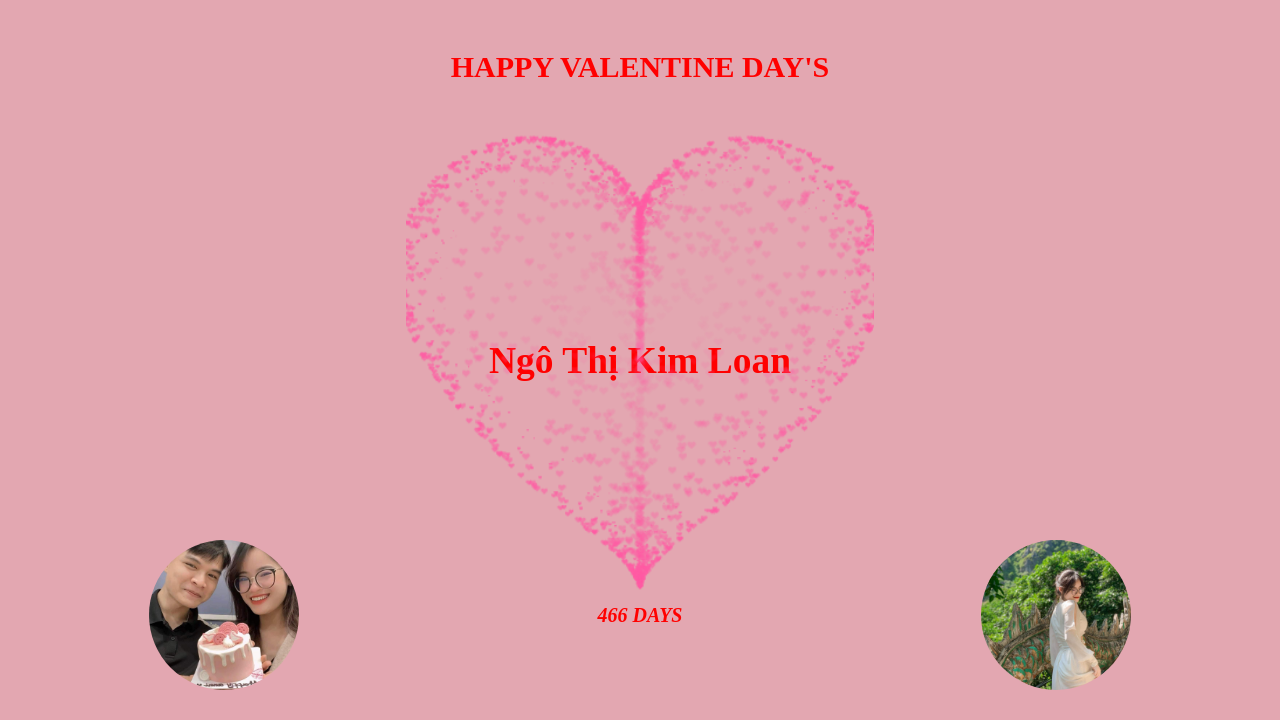
Repository: congbnvn0709/happy-valentine
Page: index.html
These files come from the project's save history. The page is drawn as it stood at one moment and after the next save; the edit follows.
The browser window is 1280 px wide. The pictures show the whole page.

Above is the page before, as saved 2023-01-30 23:38:08.

After the next save:
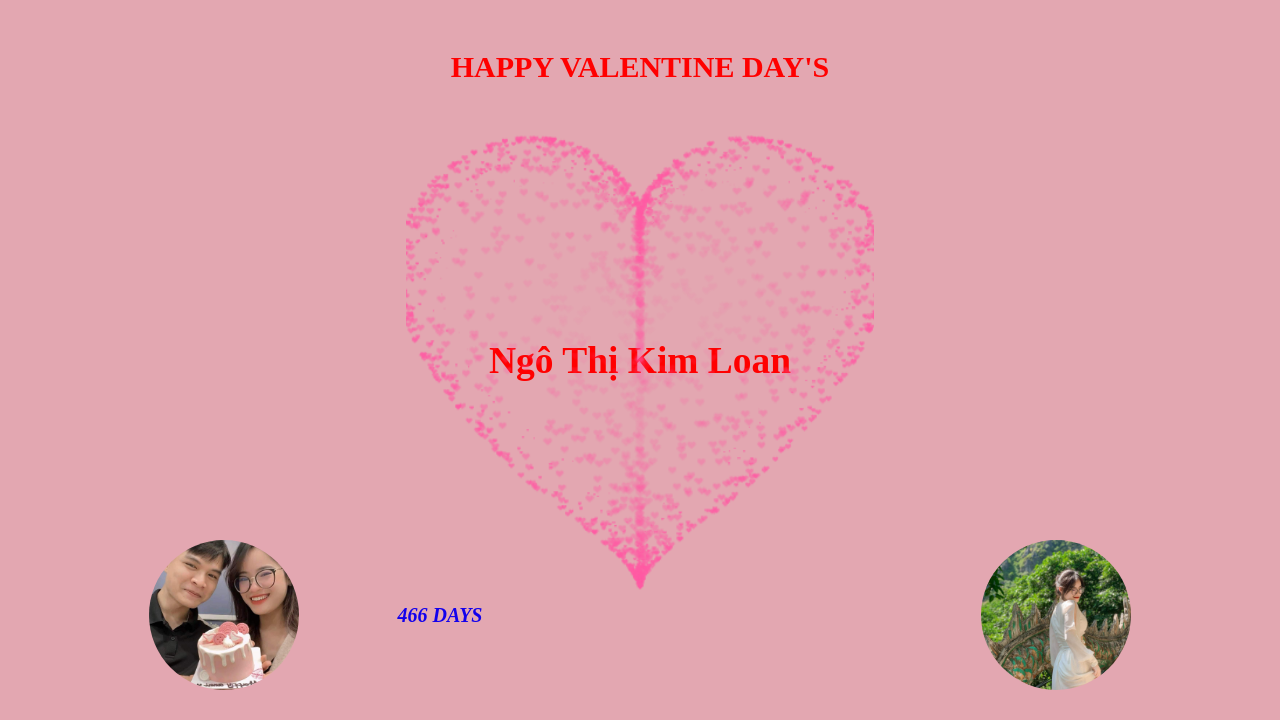
Saved 10 min 31 s later.
--- a/style.css
+++ b/style.css
@@ -120,4 +120,26 @@ h1 {
     font-weight: bold;
     display: flex;
     align-items: center;
+    animation: pulse 3s infinite alternate,
+               nudge 5s linear infinite alternate;
 }
+
+@keyframes pulse {
+    0%,100%{
+        color: red;
+    }
+    50%{
+        color: blue;
+    }
+}
+@keyframes nudge {
+    0%,100%{
+        transform: translate(0,0);
+    }
+    50%{
+        transform: translate(200px,0);
+    }
+    100%{
+        transform: translate(-200px,0);
+    }
+}
